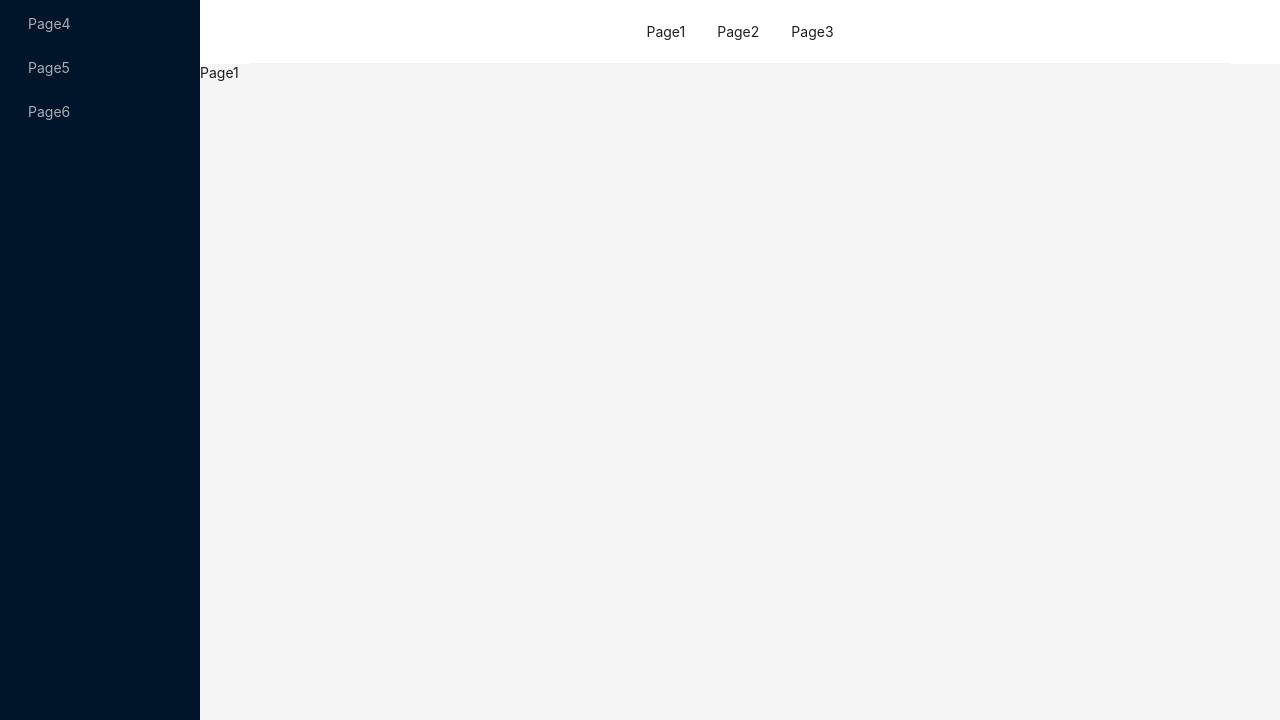
Repository: BESTETURKMEN/e-commerce
Page: /
The author's editor kept a copy of each file at every save. The page is drawn from the files as they stood at one save, then again after a run of saves.
The browser window is 1280 px wide. The pictures show the whole page.
The project was rebuilt for these pictures with package versions that can differ from the ones it lists, and the page was loaded fresh each time. Also part of the build but not shown: webpack.config.js, src/pages/page2.jsx, src/pages/page3.jsx, src/pages/page6.jsx. Imported but missing from the stored project, and not drawn on this page: src/pages/page4, src/pages/page5.

Above is the page before, as saved 2023-08-21 11:02:46.

### public/index.html
<!DOCTYPE html>
<html lang="en">
  <head>
    <meta charset="utf-8" />

    <meta name="viewport" content="width=device-width, initial-scale=1" />
    <meta name="theme-color" content="#000000" />
    <meta
      name="description"
      content="Web site created using create-react-app"
    />
    <link rel="apple-touch-icn" href="" />

    <title>React App</title>
  </head>
  <body>
    <noscript>You need to enable JavaScript to run this app.</noscript>
    <div id="root"></div>
  </body>
</html>

### src/index.js
import React from "react";
import ReactDOM from "react-dom/client";

import { HashRouter } from "react-router-dom";

import reportWebVitals from "./reportWebVitals";
import RouteWrapper from "./config/routeWrapper";

const root = ReactDOM.createRoot(document.getElementById("root"));
root.render(
  <React.StrictMode>
    <HashRouter>
      <RouteWrapper />
    </HashRouter>
  </React.StrictMode>
);

// If you want to start measuring performance in your app, pass a function
// to log results (for example: reportWebVitals(console.log))
// or send to an analytics endpoint. Learn more: https://bit.ly/CRA-vitals
reportWebVitals();

### src/config/routeWrapper.jsx
import React from "react";
import { Route, Routes } from "react-router";

import Index from "../layout";
import Page1 from "../pages/page1";
import Page2 from "../pages/page2";
import Page3 from "../pages/page3";
import Page4 from "../pages/page4";
import Page5 from "../pages/page5";
import Page6 from "../pages/page6";

export default function RouteWrapper() {
  return (
    <div>
      <Routes>
        <Route element={<Index />}>
          <Route path="/" element={<Page1 />} />
          <Route path="/Page2" element={<Page2 />} />
          <Route path="/Page3" element={<Page3 />} />
          <Route path="/Page4" element={<Page4 />} />
          <Route path="/Page5" element={<Page5 />} />
          <Route path="/Page6" element={<Page6 />} />
        </Route>
      </Routes>
    </div>
  );
}

### src/layout/index.jsx
import React from "react";
import { Outlet } from "react-router";
import { Layout } from "antd";

import Header from "./header";

import "./layout.scss";
import Sider from "./sider";

export default function Index() {
  return (
    <div className="layout">
      <Layout>
        <Layout.Sider>
          <Sider />
        </Layout.Sider>
        <Layout>
          <Layout.Header>
            <Header />
          </Layout.Header>
          <Layout.Content className="content">
            <Outlet />
          </Layout.Content>
        </Layout>
      </Layout>
    </div>
  );
}

### src/pages/page1.jsx
import React from "react";

export default function Page1() {
  return <div>Page1</div>;
}

### src/layout/header.jsx
import { Menu } from "antd";
import React from "react";
import { Link } from "react-router-dom";
import "./layout.scss";

export default function Header() {
  const menu = [
    {
      key: "1",
      label: "Page1",
      path: "/",
    },
    {
      key: "2",
      label: "Page2",
      path: "/Page2",
    },
    {
      key: "3",
      label: "Page3",
      path: "/Page3",
    },
  ];
  return (
    <div className="header">
      <div className="menuLine">
        <Menu mode="horizontal">
          {menu.map((item) => (
            <Menu.Item key={item.key}>
              <Link to={item.path}>{item.label}</Link>
            </Menu.Item>
          ))}
        </Menu>
      </div>
    </div>
  );
}

### src/layout/layout.scss
* {
  margin: 0;
  padding: 0;
  box-sizing: border-box;
}

.layout {
  .ant-layout {
    height: 100vh;
    .ant-layout-header {
      background-color: rgb(255, 255, 255) !important;
      .header {
        .menuLine {
          .ant-menu {
            display: flex;
            align-items: center;
            justify-content: center;
          }
        }
      }
    }
  }
}

### src/layout/sider.jsx
import { Menu } from "antd";
import React from "react";
import { Link } from "react-router-dom";

export default function Sider() {
  const menu = [
    {
      key: "1",
      label: "Page4",
      path: "/Page4",
    },
    {
      key: "2",
      label: "Page5",
      path: "/Page5",
    },
    {
      key: "3",
      label: "Page6",
      path: "/Page6",
    },
  ];
  return (
    <div className="sider">
      <div className="demo-logo-vertical" />
      <Menu theme="dark" mode="inline">
        {menu.map((item) => (
          <Menu.Item key={item.key}>
            <Link to={item.path}>{item.label}</Link>
          </Menu.Item>
        ))}
      </Menu>
    </div>
  );
}

Loaded but not shown: src/reportWebVitals.js (common file)

After the next 4 saves:
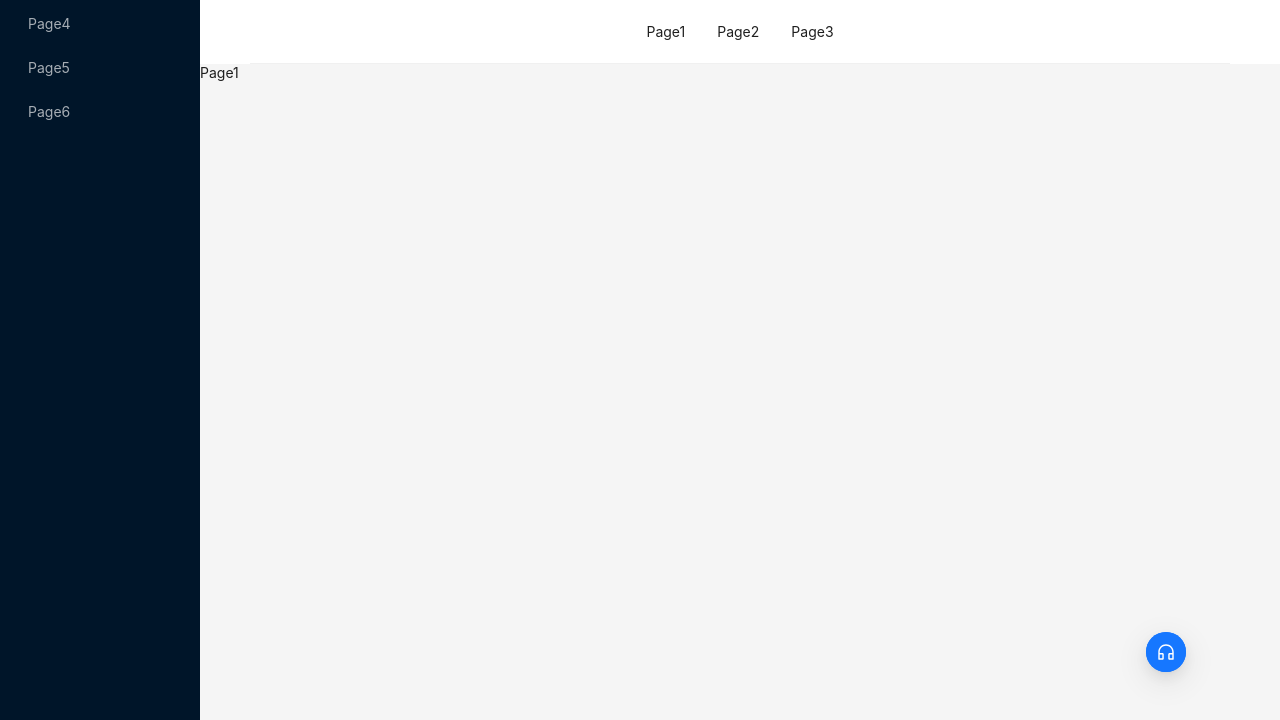
The 4 saves are shown as one change because 3 did not build or start.
The last was saved 2 min 51 s later.
--- a/src/layout/index.jsx
+++ b/src/layout/index.jsx
@@ -1,6 +1,8 @@
 import React from "react";
 import { Outlet } from "react-router";
 import { Layout } from "antd";
+import { FloatButton } from "antd";
+import { CommentOutlined, CustomerServiceOutlined } from "@ant-design/icons";
 
 import Header from "./header";
 
@@ -21,6 +23,19 @@ export default function Index() {
           <Layout.Content className="content">
             <Outlet />
           </Layout.Content>
+          <div>
+            <FloatButton.Group
+              trigger="hover"
+              type="primary"
+              style={{
+                right: 94,
+              }}
+              icon={<CustomerServiceOutlined />}
+            >
+              <FloatButton />
+              <FloatButton icon={<CommentOutlined />} />
+            </FloatButton.Group>
+          </div>
         </Layout>
       </Layout>
     </div>
